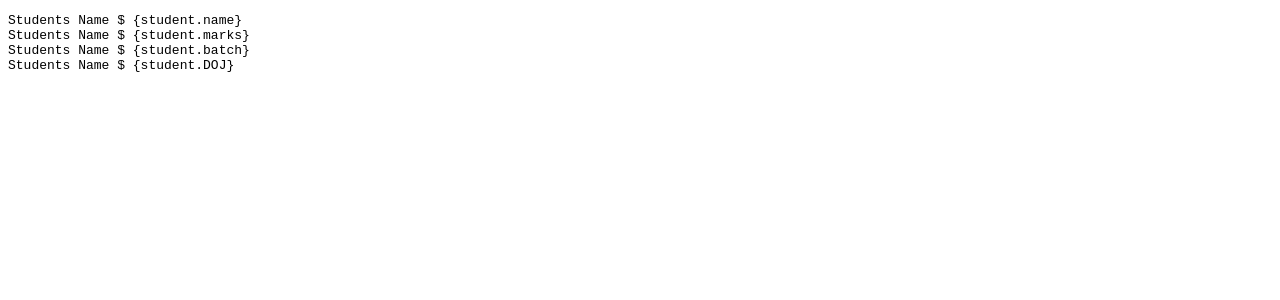
Repository: AakashPatel11799/mavenArchitecture
Page: http://localhost/maven-spring/WEB-INF/details.jsp
An editor plug-in stored every save of this project. The page is shown before and after the next save, followed by the edit.
The browser window is 1280 px wide. The pictures show the whole page.
The page is served by Tomcat 9. Nobody is signed in. The template is opened directly, without the code that normally fills it, so the values that code supplies are empty.

Above is the page before, as saved 2024-06-20 03:18:21.

After the next save:
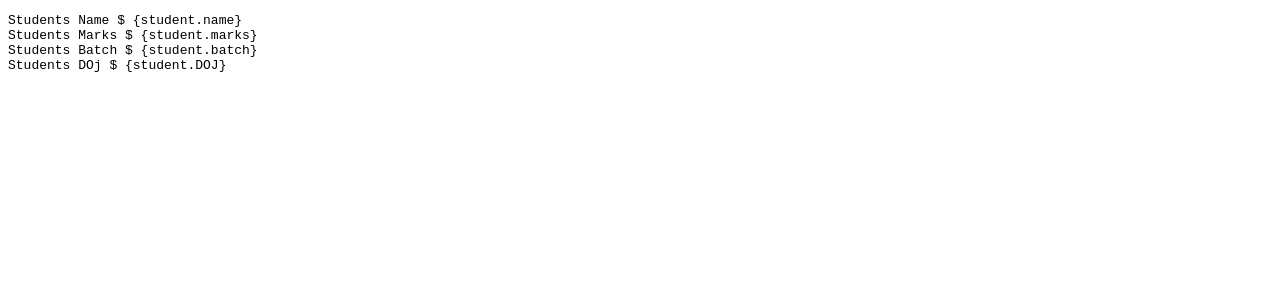
Saved 26 s later.
--- a/maven-spring/src/main/webapp/WEB-INF/details.jsp
+++ b/maven-spring/src/main/webapp/WEB-INF/details.jsp
@@ -8,9 +8,9 @@
 <body>
 <pre>
 Students Name $ {student.name}
-Students Name $ {student.marks}
-Students Name $ {student.batch}
-Students Name $ {student.DOJ}
+Students Marks $ {student.marks}
+Students Batch $ {student.batch}
+Students DOj $ {student.DOJ}
 </pre>
 </body>
 </html>
